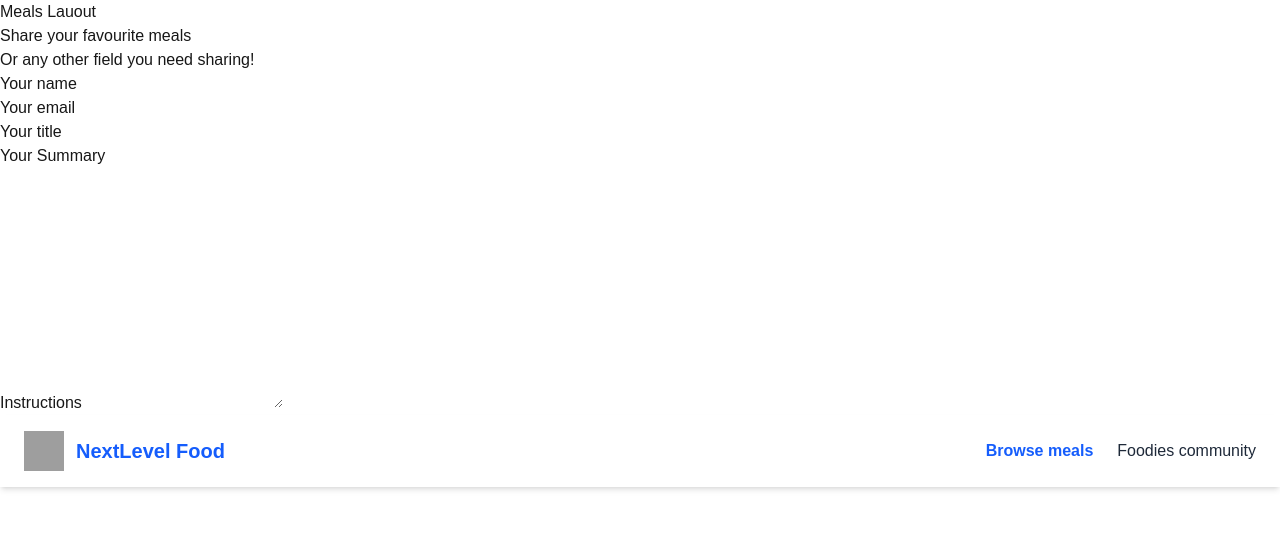
Repository: ananya2420/my-next-app
Page: /meals/share
These files come from the project's save history. The page is drawn as it stood at one moment and after the next save; the edit follows.
The browser window is 1280 px wide. The pictures show the whole page.
Pictures or frames that could not be fetched are drawn as grey boxes. The project was rebuilt for these pictures with package versions that can differ from the ones it lists, and the page was loaded fresh each time. The framework's server and built-in components were replaced by stand-ins that run in the browser. Also part of the build but not shown: next.config.mjs.

Above is the page before, as saved 2025-03-29 13:43:29.

### src/app/layout.js
//import { Geist, Geist_Mono } from "next/font/google";
import MainHeader from "../../components/main-header";

import "./globals.css";

/*
const geistSans = Geist({
  variable: "--font-geist-sans",
  subsets: ["latin"],
});

const geistMono = Geist_Mono({
  variable: "--font-geist-mono",
  subsets: ["latin"],
});
*/

export const metadata = {
  title: "Create Next App",
  description: "Generated by create next app",
};

export default function RootLayout({ children }) {
  return (
    <html lang="en">
    {/*  <body
       className={`${geistSans.variable} ${geistMono.variable} antialiased`}
      > */}
      <body>
        {children}
        <MainHeader />

      </body>
    </html>
  );
}

### src/app/meals/layout.js
export default function MealsLayout({children}){
    return <>
    <p>Meals Lauout</p>
    {children}

    </>
}

### src/app/meals/share/page.js
export default function ShareMealPage(){

    //console.log('Meals page');

    return(
    <>
    <header>
        <h1>Share your <span>favourite meals</span></h1>
        <p>Or any other field you need sharing!</p>
    </header>

    <main>
        <form>
            <div>
                <p>
                    <label htmlFor="name">Your name</label>
                    <input type='text' id='name' name='name' required />

                </p>

                <p>
                    <label htmlFor="email">Your email</label>
                    <input type='email' id='email' name='email' required />

                </p>

                <p>
                    <label htmlFor="title">Your title</label>
                    <input type='title' id='title' name='title' required />

                </p>

                <p>
                    <label htmlFor="summary">Your Summary</label>
                    <input type='summary' id='sumary' name='summary' required />

                </p>

                <p>
                    <label htmlFor="instructions">Instructions</label>
                    <textarea id='instructions' name='instructons' rows='10' required></textarea>
                </p>

                <p></p>




            </div>
        </form>

    </main>
    </>
    )
}

### components/main-header.js


import Link from "next/link";
import logoImg from './assets/icon/logo.png'
import NavLink from "./nav-link";
//import { usePathname } from "next/navigation";

export default function MainHeader() {
  //const path = usePathname();

  return (
    <header className="flex items-center justify-between bg-white shadow-md px-6 py-4">
      {/* Logo and Branding */}
      <Link href="/" className="flex items-center space-x-3 text-xl font-bold text-gray-800">
        <img src={logoImg} alt="A plate with food on it" className="w-10 h-10" />
        <span className="text-blue-600">NextLevel Food</span>
      </Link>

      {/* Navigation */}
      <nav>
        <ul className="flex space-x-6">
          <li>
           <NavLink href="/meals">Browse meals</NavLink>
          </li>
          <li>
            <NavLink href="/community">Foodies community</NavLink>
          </li>
        </ul>
      </nav>
    </header>
  );
}

### src/app/globals.css
@import "tailwindcss";

/* styles/globals.css */
@tailwind base;
@tailwind components;
@tailwind utilities;



:root {
  --background: #ffffff;
  --foreground: #171717;
}

@theme inline {
  --color-background: var(--background);
  --color-foreground: var(--foreground);
  --font-sans: var(--font-geist-sans);
  --font-mono: var(--font-geist-mono);
}

@media (prefers-color-scheme: dark) {
  :root {
    --background: #0a0a0a;
    --foreground: #ededed;
  }
}
*{
  box-sizing: border-box;
}
html{
  font-family: 'Open sans',sans-serif;
  height:100%;
}
body {
  height: 100%;
  margin: 0;
  color:#ddd8e4;
  background: var(--background);
  color: var(--foreground);
  font-family: Arial, Helvetica, sans-serif;
}

### components/nav-link.js
"use client";

import Link from "next/link";
import { usePathname } from "next/navigation";

export default function NavLink({href,children}){

  const path =   usePathname();
    return  <Link href={href} className={`${path.startsWith(href) ? 'text-blue-600 font-bold' : 'text-gray-800'}`}>
   {children}
  </Link>
}

After the next save:
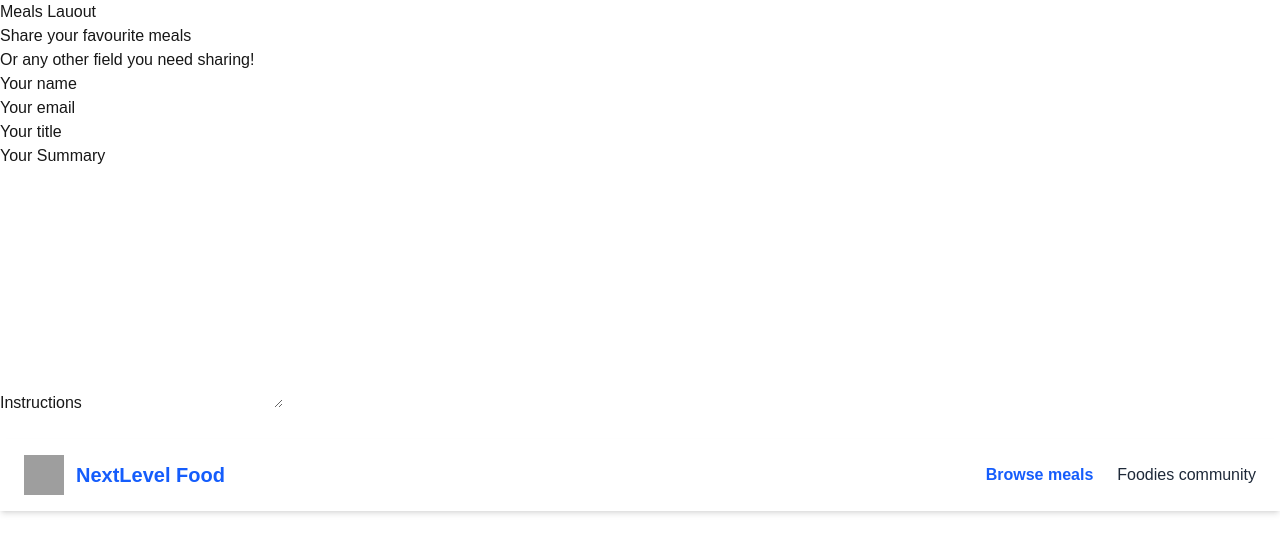
Saved 4 s later.
--- a/src/app/meals/share/page.js
+++ b/src/app/meals/share/page.js
@@ -41,7 +41,7 @@ export default function ShareMealPage(){
                     <textarea id='instructions' name='instructons' rows='10' required></textarea>
                 </p>
 
-                <p></p>
+                <p><button></button></p>
 
 
 
